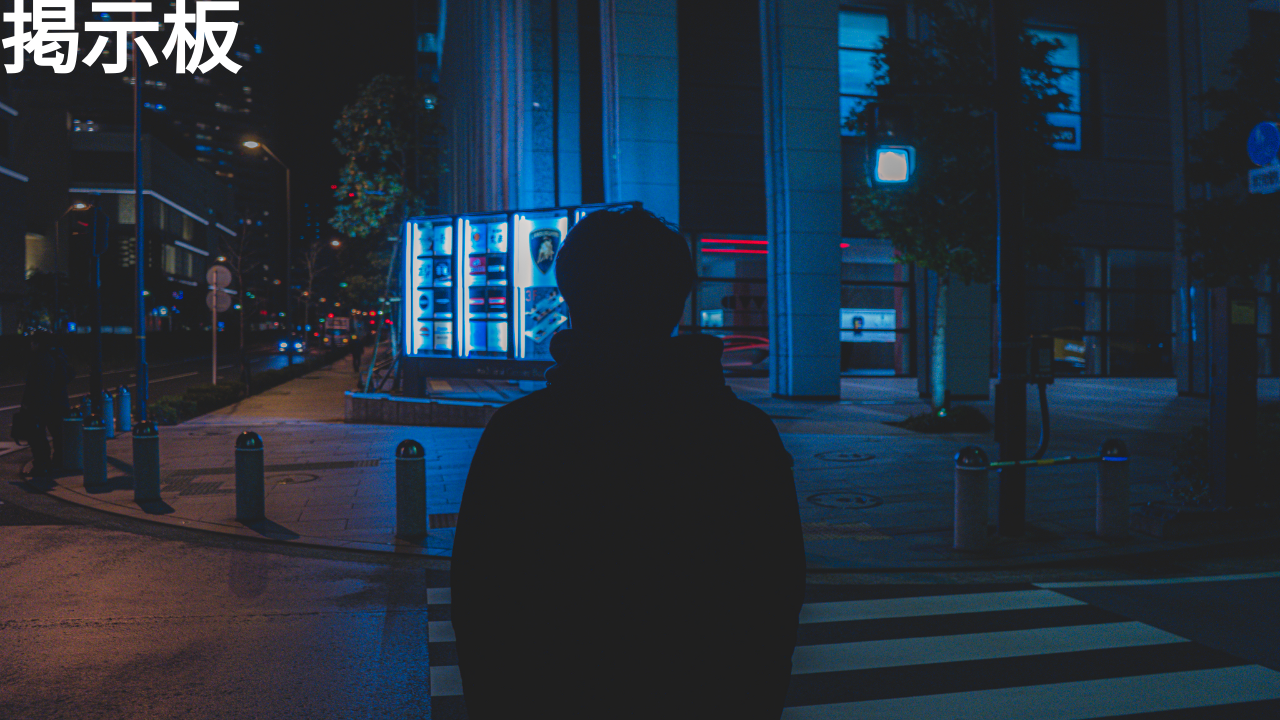
Repository: KustomApe/LandorusInc
Page: index.html
The author's editor kept a copy of each file at every save. The page is drawn from the files as they stood at one save, then again after a run of saves.
The browser window is 1280 px wide. The pictures show the whole page.

Above is the page before, as saved 2021-07-24 12:56:58.

### index.html
<!DOCTYPE html>
<html lang="ja">
<head>
    <meta charset="UTF-8">
    <meta http-equiv="X-UA-Compatible" content="IE=edge">
    <meta name="viewport" content="width=device-width, initial-scale=1.0">
    <title>掲示板</title>
    <link rel="stylesheet" href="./assets/css/html5doctor.css">
    <link rel="stylesheet" href="./assets/css/style.css">
</head>
<body>
<div id="wrap">
    <div id="main_img">
        <h1>掲示板</h1>
    </div>
    <div class="contents">
        <ul>
            <li>見る</li>
            <li>投稿</li>
        </ul>
        <h2>新着</h2>
        <ul>
            <li>新着投稿その1</li>
            <li>新着投稿その2</li>
            <li>新着投稿その3</li>
            <li>新着投稿その4</li>
            <li>新着投稿その5</li>
        </ul>
        <h2>人気</h2>
        <ul>
            <li>人気投稿その1</li>
            <li>人気投稿その2</li>
            <li>人気投稿その3</li>
            <li>人気投稿その4</li>
            <li>人気投稿その5</li>
        </ul>
    </div>
</div>
</body>
</html>

### assets/css/html5doctor.css
html, body, div, span, object, iframe,
h1, h2, h3, h4, h5, h6, p, blockquote, pre,
abbr, address, cite, code,
del, dfn, em, img, ins, kbd, q, samp,
small, strong, sub, sup, var,
b, i,
dl, dt, dd, ol, ul, li,
fieldset, form, label, legend,
table, caption, tbody, tfoot, thead, tr, th, td,
article, aside, canvas, details, figcaption, figure,
footer, header, hgroup, menu, nav, section, summary,
time, mark, audio, video {
    margin:0;
    padding:0;
    border:0;
    outline:0;
    font-size:100%;
    vertical-align:baseline;
    background:transparent;
}

body {
    line-height:1;
}

article,aside,details,figcaption,figure,
footer,header,hgroup,menu,nav,section {
    display:block;
}

nav ul {
    list-style:none;
}

blockquote, q {
    quotes:none;
}

blockquote:before, blockquote:after,
q:before, q:after {
    content:'';
    content:none;
}

a {
    margin:0;
    padding:0;
    font-size:100%;
    vertical-align:baseline;
    background:transparent;
}

/* change colours to suit your needs */
ins {
    background-color:#ff9;
    color:#000;
    text-decoration:none;
}

/* change colours to suit your needs */
mark {
    background-color:#ff9;
    color:#000;
    font-style:italic;
    font-weight:bold;
}

del {
    text-decoration: line-through;
}

abbr[title], dfn[title] {
    border-bottom:1px dotted;
    cursor:help;
}

table {
    border-collapse:collapse;
    border-spacing:0;
}

/* change border colour to suit your needs */
hr {
    display:block;
    height:1px;
    border:0;
    border-top:1px solid #cccccc;
    margin:1em 0;
    padding:0;
}

input, select {
    vertical-align:middle;
}

### assets/css/style.css
@charset "utf-8";

body {
    width: 100%;
    max-width: 1920px;
}

div#main_img {
    display: block;
    color: #fff;
    font-size: 5rem;
    position: absolute;
    width: 100%;
    height: 100vh;
    background: url('../img/main.jpg');
    background-size: cover;
}

After the next 2 saves:
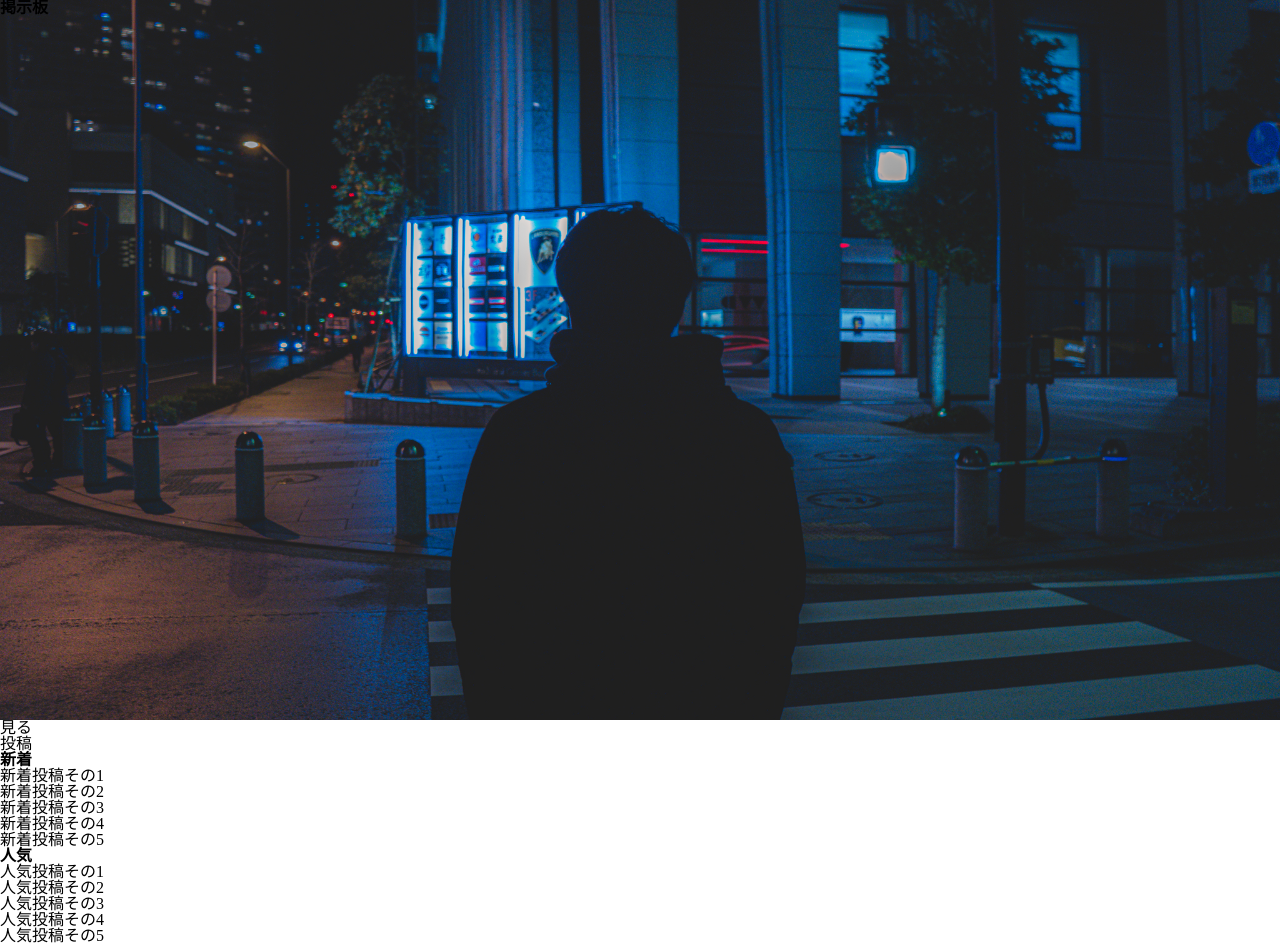
The 2 saves are shown as one change because they came seconds apart.
The last was saved 6 s later.
--- a/assets/css/style.css
+++ b/assets/css/style.css
@@ -7,9 +7,6 @@ body {
 
 div#main_img {
     display: block;
-    color: #fff;
-    font-size: 5rem;
-    position: absolute;
     width: 100%;
     height: 100vh;
     background: url('../img/main.jpg');
